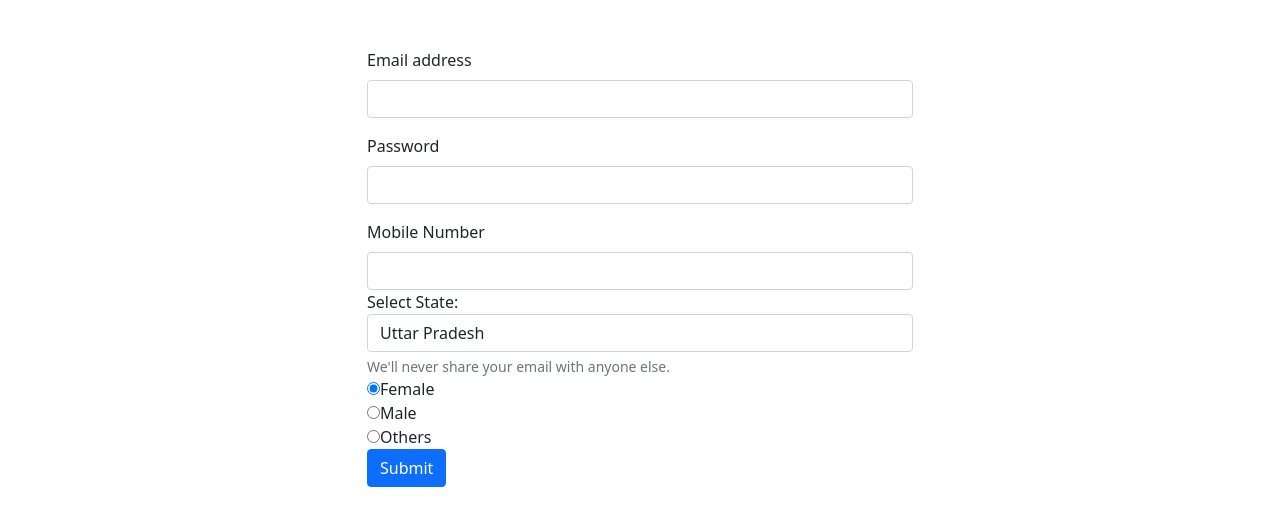
Repository: SimSri-ExtraMarks/FormHandling
Page: formHandling/form.html
An editor plug-in stored every save of this project. The page is shown before and after the next save, followed by the edit.
The browser window is 1280 px wide. The pictures show the whole page.

Above is the page before, as saved 2021-06-26 12:35:31.

### formHandling/form.html
<!doctype html>
<html lang="en">
<head>
<meta charset="UTF-8" />
<title>Registration Form</title>
<link
	href="https://cdn.jsdelivr.net/npm/bootstrap@5.0.2/dist/css/bootstrap.min.css"
	rel="stylesheet"
	integrity="sha384-EVSTQN3/azprG1Anm3QDgpJLIm9Nao0Yz1ztcQTwFspd3yD65VohhpuuCOmLASjC"
	crossorigin="anonymous">
</head>
<body>
	<div class="container">
		<div class="row mt-5">
			<div class="col-md-6 offset-md-3">
				<form>
					<div class="mb-3">
						<label for="exampleInputEmail1" class="form-label">Email
							address</label> <input type="email" class="form-control"
							id="exampleInputEmail1" aria-describedby="emailHelp">
					</div>
					<div class="mb-3">
						<label for="exampleInputPassword1" class="form-label">Password</label>
						<input type="password" class="form-control"
							id="exampleInputPassword1">
					</div>
					<div class="mb-3">
						<label for="exampleInputMobileNumber" class="form-label">Mobile
							Number</label> <input type="mobilenumber" class="form-control"
							id="exampleInputMobileNumber">
						<div class="form-group">
							<label for="exampleInputState">Select State:</label> <select
								class="form-control" id="exampleInputState">
								<option>Uttar Pradesh</option>
								<option>Maharashtra</option>
								<option>Rajasthan</option>
								<option>Kerala</option>
							</select>
						</div>
						<div id="emailHelp" class="form-text">We'll never share your
							email with anyone else.</div>
						<div class="radio">
							<label><input type="radio" name="exampleInputGender"
								checked>Female</label>
						</div>
						<div class="radio">
							<label><input type="radio" name="exampleInputGender">Male</label>
						</div>
						<div class="radio disabled">
							<label><input type="radio" name="exampleInputGender">Others</label>
						</div>
						<button type="submit" class="btn btn-primary">Submit</button>
				</form>



			</div>
		</div>
	</div>
</body>
</html>

After the next save:
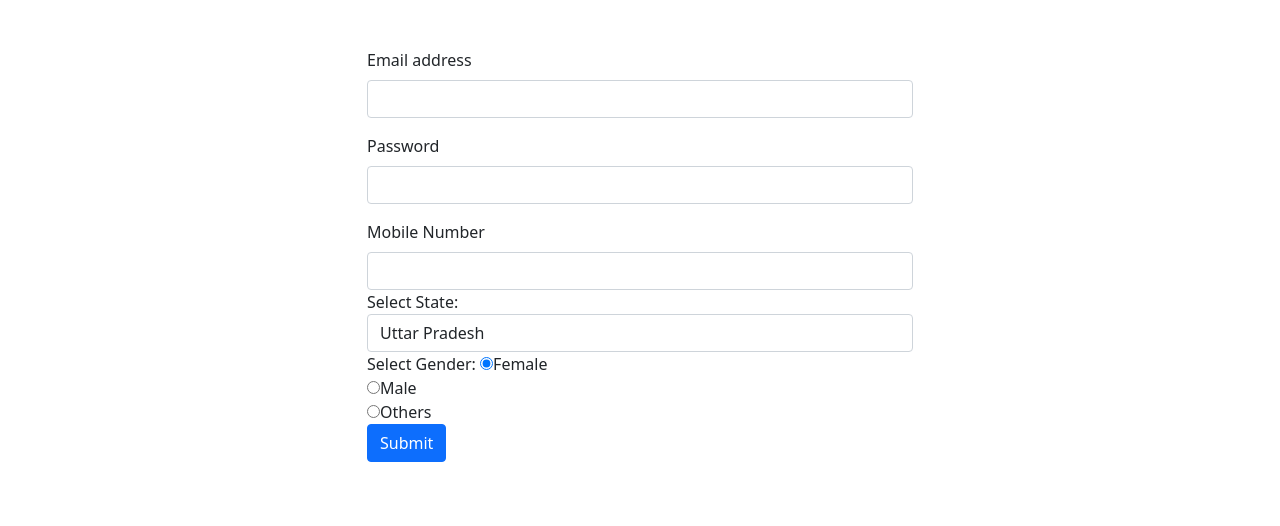
Saved 79 s later.
--- a/formHandling/form.html
+++ b/formHandling/form.html
@@ -28,6 +28,8 @@
 						<label for="exampleInputMobileNumber" class="form-label">Mobile
 							Number</label> <input type="mobilenumber" class="form-control"
 							id="exampleInputMobileNumber">
+
+
 						<div class="form-group">
 							<label for="exampleInputState">Select State:</label> <select
 								class="form-control" id="exampleInputState">
@@ -37,10 +39,12 @@
 								<option>Kerala</option>
 							</select>
 						</div>
-						<div id="emailHelp" class="form-text">We'll never share your
-							email with anyone else.</div>
+
+						<!-- <div id="emailHelp" class="form-text">We'll never share your
+							email with anyone else.</div> -->
 						<div class="radio">
-							<label><input type="radio" name="exampleInputGender"
+							<label for="exampleInputGender">Select Gender: </label>
+							<input type="radio" name="exampleInputGender"
 								checked>Female</label>
 						</div>
 						<div class="radio">
